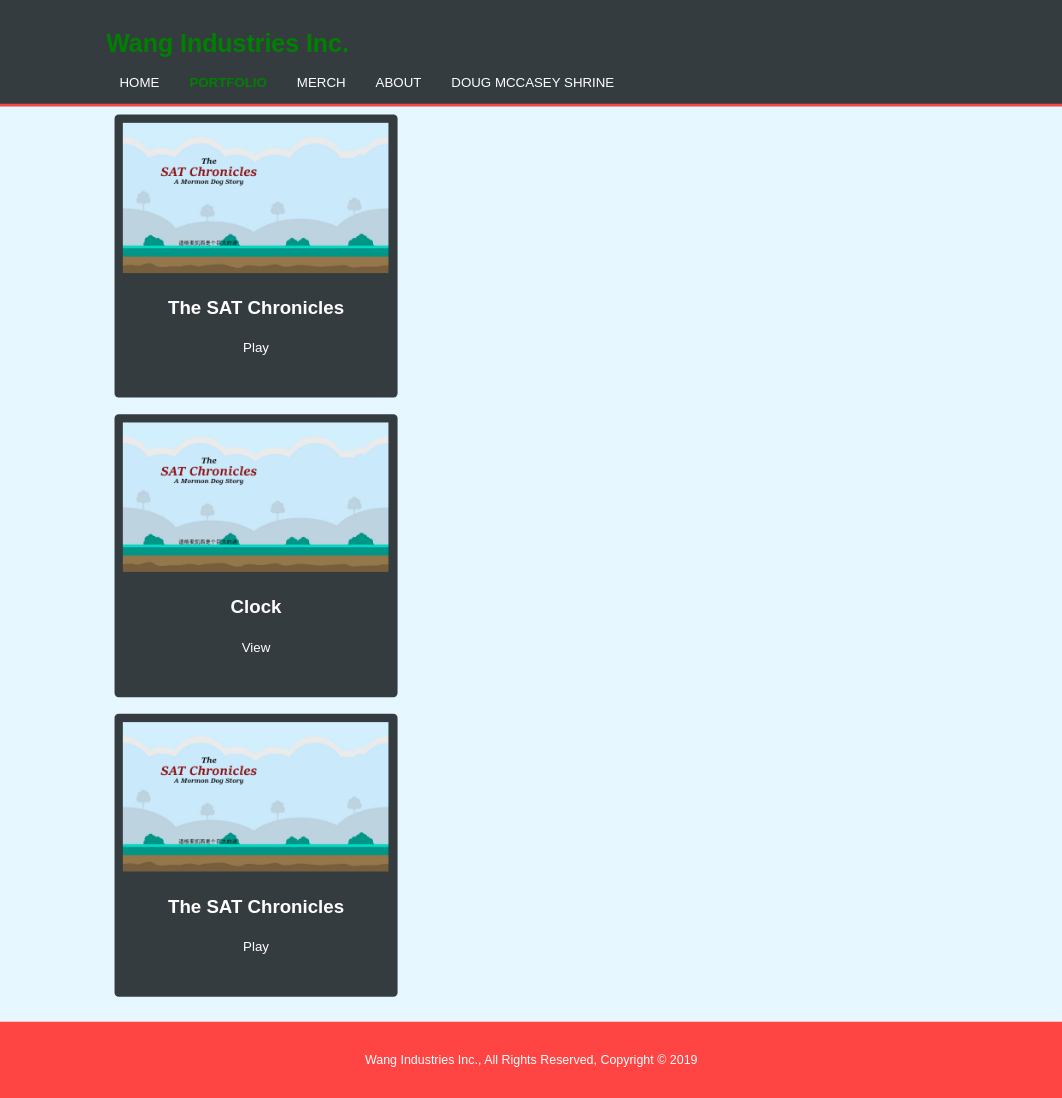
Repository: albert031/albert031.github.io
Page: portfolio.html
The author's editor kept a record of every edit. The page is drawn from the files as they stood at one moment, then again after the next edit.
The browser window is 1280 px wide. The pictures show the whole page, at 83% of full size.

Above is the page before.

After the next edit:
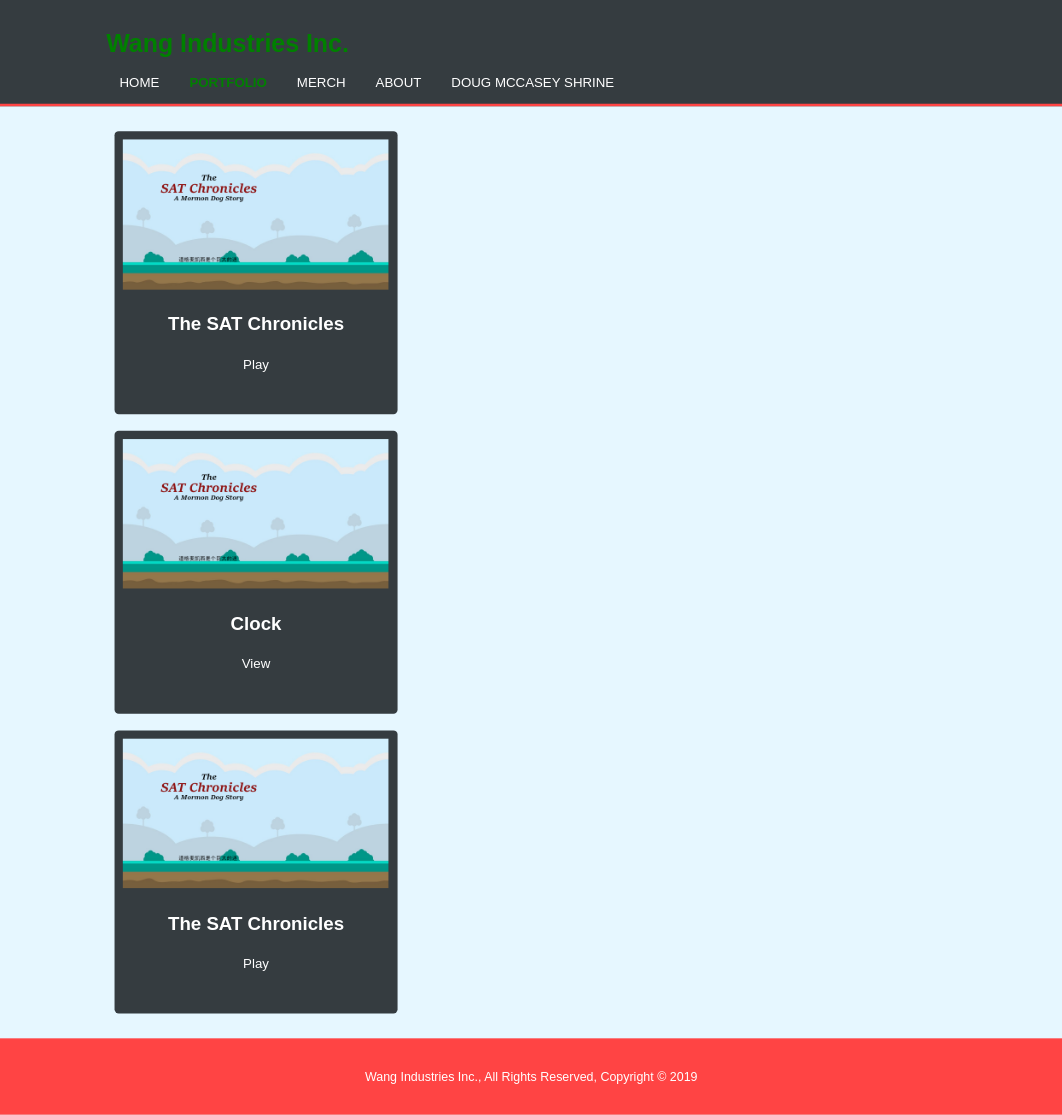
The edit:
--- a/portfolio.html
+++ b/portfolio.html
@@ -44,7 +44,7 @@
             </nav>
         </header>
 
-        <section id=box>
+        <section id=boxes>
             <div class=container>
                 <div class=project>
                     <a href=./projects/thesatchronicles.html><img src=./imgsatchronicles/startscreen.png></a>
